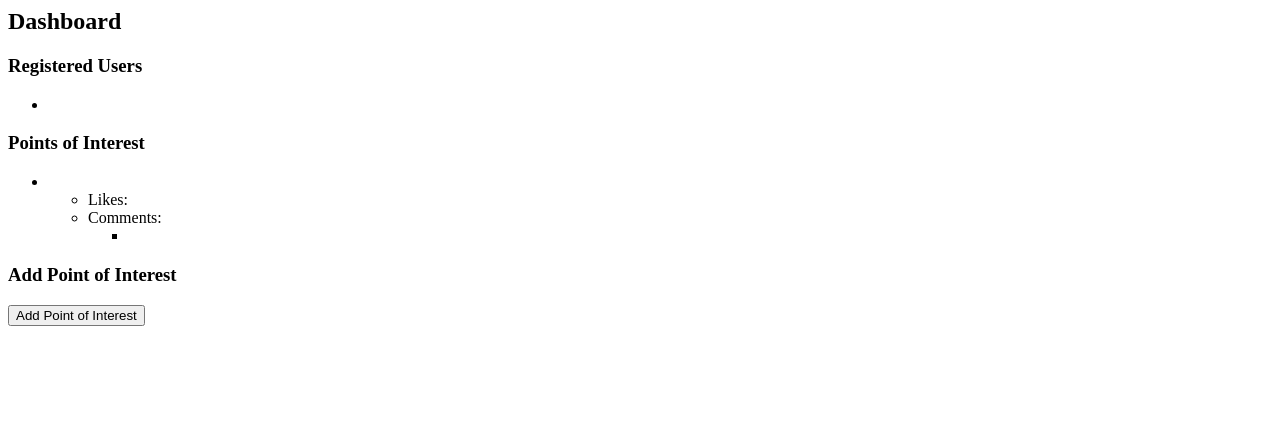
Repository: zrlgithub/poi
Page: http://localhost/test/Dashboard.jsp
An editor plug-in stored every save of this project. The page is shown before and after the next save, followed by the edit.
The browser window is 1280 px wide. The pictures show the whole page.
The page is served by Tomcat 9. Other server files are loaded and not shown. The template is opened directly, without the code that normally fills it, so the values that code supplies are empty.

Above is the page before, as saved 2024-02-13 22:35:19.

### test/src/main/webapp/Dashboard.jsp
<html>
<head>
    <meta charset="UTF-8">
    <meta name="viewport" content="width=device-width, initial-scale=1.0">
    <title>My Web Page</title>
    <!-- Include additional stylesheets, scripts, or other head content here -->
</head>

<body>
    <h2>Dashboard</h2>

    <!-- Display Users -->
    <h3>Registered Users</h3>
    <ul>
        <c:forEach var="user" items="${registeredUsers}">
            <li>${user.username}</li>
        </c:forEach>
    </ul>

    <!-- Display Points of Interest, Likes, and Comments -->
    <h3>Points of Interest</h3>
    <ul>
        <c:forEach var="poi" items="${pointsOfInterest}">
            <li>${poi.name}</li>
            <ul>
                <li>Likes: ${poi.likes}</li>
                <li>Comments:</li>
                <ul>
                    <c:forEach var="comment" items="${poi.comments}">
                        <li>${comment.text}</li>
                    </c:forEach>
                </ul>
            </ul>
        </c:forEach>
    </ul>

    <!-- Add Points of Interest -->
    <h3>Add Point of Interest</h3>
    <form action="AddPOIServlet" method="post">
        <!-- Include form fields for adding a point of interest -->
        <button type="submit">Add Point of Interest</button>
    </form>
</body>
</html>

After the next save:
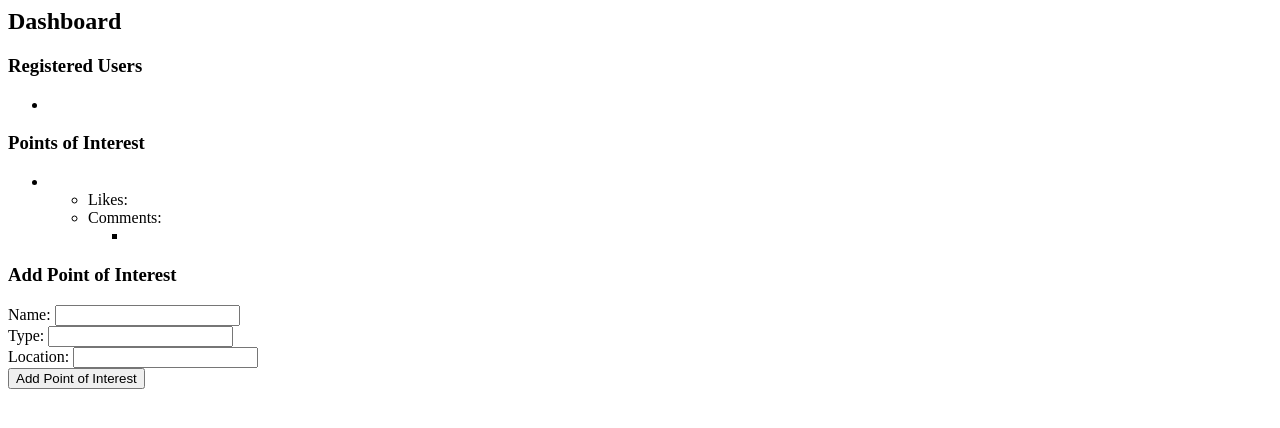
Saved 2 min 33 s later.
--- a/test/src/main/webapp/Dashboard.jsp
+++ b/test/src/main/webapp/Dashboard.jsp
@@ -36,8 +36,18 @@
 
     <!-- Add Points of Interest -->
     <h3>Add Point of Interest</h3>
-    <form action="AddPOIServlet" method="post">
-        <!-- Include form fields for adding a point of interest -->
+
+
+     <form action="AddPOIServlet" method="post">
+        <label for="name">Name:</label>
+        <input type="text" id="name" name="name" required><br>
+
+        <label for="type">Type:</label>
+        <input type="text" id="type" name="type" required><br>
+
+        <label for="location">Location:</label>
+        <input type="text" id="location" name="location" required><br>
+
         <button type="submit">Add Point of Interest</button>
     </form>
 </body>
